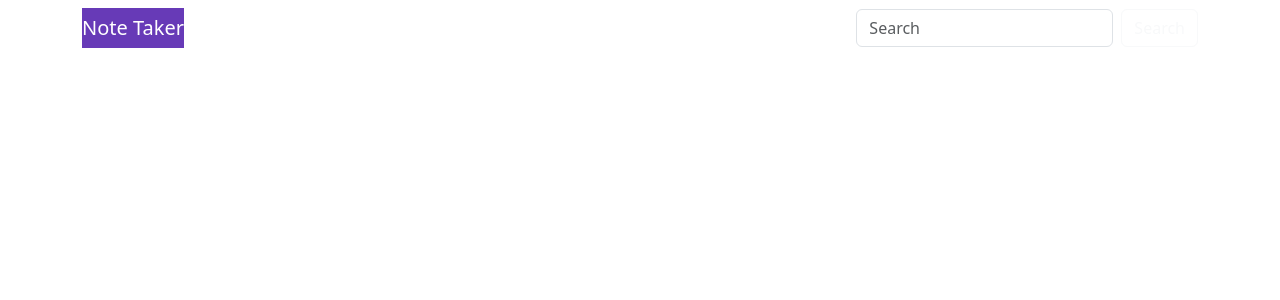
Repository: ArbabAdnan/hibernate
Page: http://localhost/NoteTaker/
The author's editor kept a copy of each file at every save. The page is drawn from the files as they stood at one save, then again after the next save.
The browser window is 1280 px wide. The pictures show the whole page.
The page is served by Tomcat 9. Other server files are loaded and not shown.

Above is the page before, as saved 2023-02-11 14:10:51.

### NoteTaker/src/main/webapp/index.jsp
<!doctype html>
<html lang="en">
  <head>
    <meta charset="utf-8">
    <meta name="viewport" content="width=device-width, initial-scale=1">
    <title>NoteTaker</title>
    <link href="https://cdn.jsdelivr.net/npm/bootstrap@5.3.0-alpha1/dist/css/bootstrap.min.css" rel="stylesheet" integrity="sha384-GLhlTQ8iRABdZLl6O3oVMWSktQOp6b7In1Zl3/Jr59b6EGGoI1aFkw7cmDA6j6gD" crossorigin="anonymous">
    <link href ="css/style.css" rel="stylesheet" />
  </head>
  <body>

    <div class="container">
    	<%@include file="navbar.jsp" %>
    </div>


    <script src="https://cdn.jsdelivr.net/npm/bootstrap@5.3.0-alpha1/dist/js/bootstrap.bundle.min.js" integrity="sha384-w76AqPfDkMBDXo30jS1Sgez6pr3x5MlQ1ZAGC+nuZB+EYdgRZgiwxhTBTkF7CXvN" crossorigin="anonymous"></script>
  </body>
</html>

### NoteTaker/src/main/webapp/navbar.jsp
<nav class="navbar navbar-expand-lg navbar-dark a ">

    <a class="navbar-brand" href="#">Note Taker</a>
    <button class="navbar-toggler" type="button" data-bs-toggle="collapse" data-bs-target="#navbarSupportedContent" aria-controls="navbarSupportedContent" aria-expanded="false" aria-label="Toggle navigation">
      <span class="navbar-toggler-icon"></span>
    </button>
    <div class="collapse navbar-collapse" id="navbarSupportedContent">
      <ul class="navbar-nav me-auto mb-2 mb-lg-0">
        <li class="nav-item">
          <a class="nav-link active" aria-current="page" href="#">Home</a>
        </li>
        <li class="nav-item">
          <a class="nav-link" href="#">Added Note</a>
        </li>

        <li class="nav-item">
          <a class="nav-link ">Show Notes</a>
        </li>
      </ul>
      <form class="d-flex" role="search">
        <input class="form-control me-2" type="search" placeholder="Search" aria-label="Search">
        <button class="btn btn-outline-light" type="submit">Search</button>
      </form>
    </div>

</nav>

### NoteTaker/src/main/webapp/css/style.css
a{
	background: #673ab7;
}

After the next save:
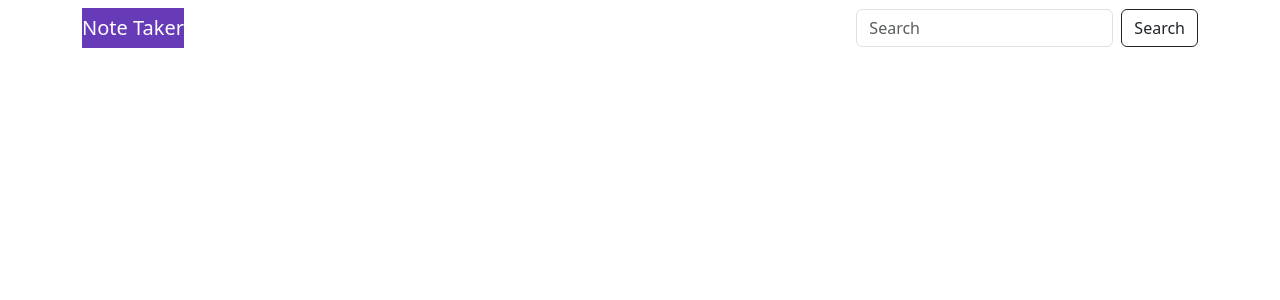
Saved 18 s later.
--- a/NoteTaker/src/main/webapp/navbar.jsp
+++ b/NoteTaker/src/main/webapp/navbar.jsp
@@ -19,7 +19,7 @@
       </ul>
       <form class="d-flex" role="search">
         <input class="form-control me-2" type="search" placeholder="Search" aria-label="Search">
-        <button class="btn btn-outline-light" type="submit">Search</button>
+        <button class="btn btn-outline-dark" type="submit">Search</button>
       </form>
     </div>
 
